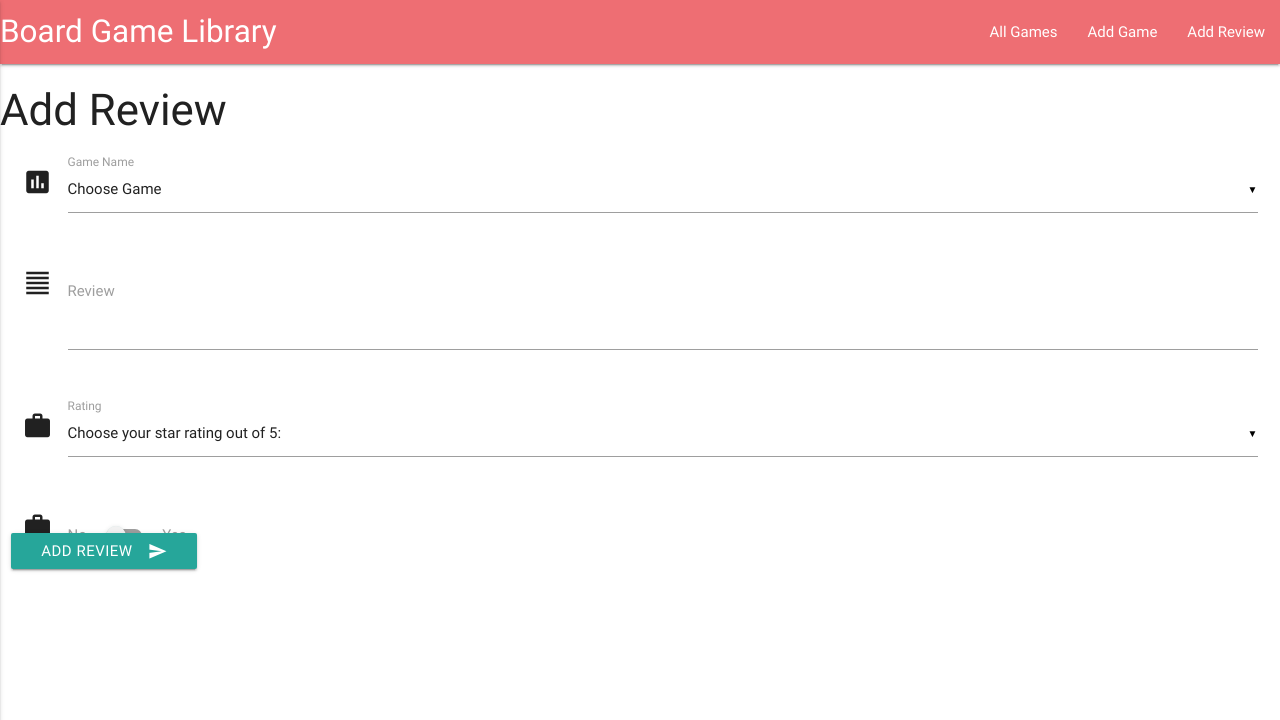
Repository: arcorco/dcd-milestone
Page: http://localhost/add_review
The author's editor kept a record of every edit. The page is drawn from the files as they stood at one moment, then again after the next edit.
The browser window is 1280 px wide. The pictures show the whole page.
Some web libraries are served in a nearby version. The page is served by the project's application, run on Flask 3 (app.py). Queries for data that is not in the repository find no rows.

Above is the page before.

After the next edit:
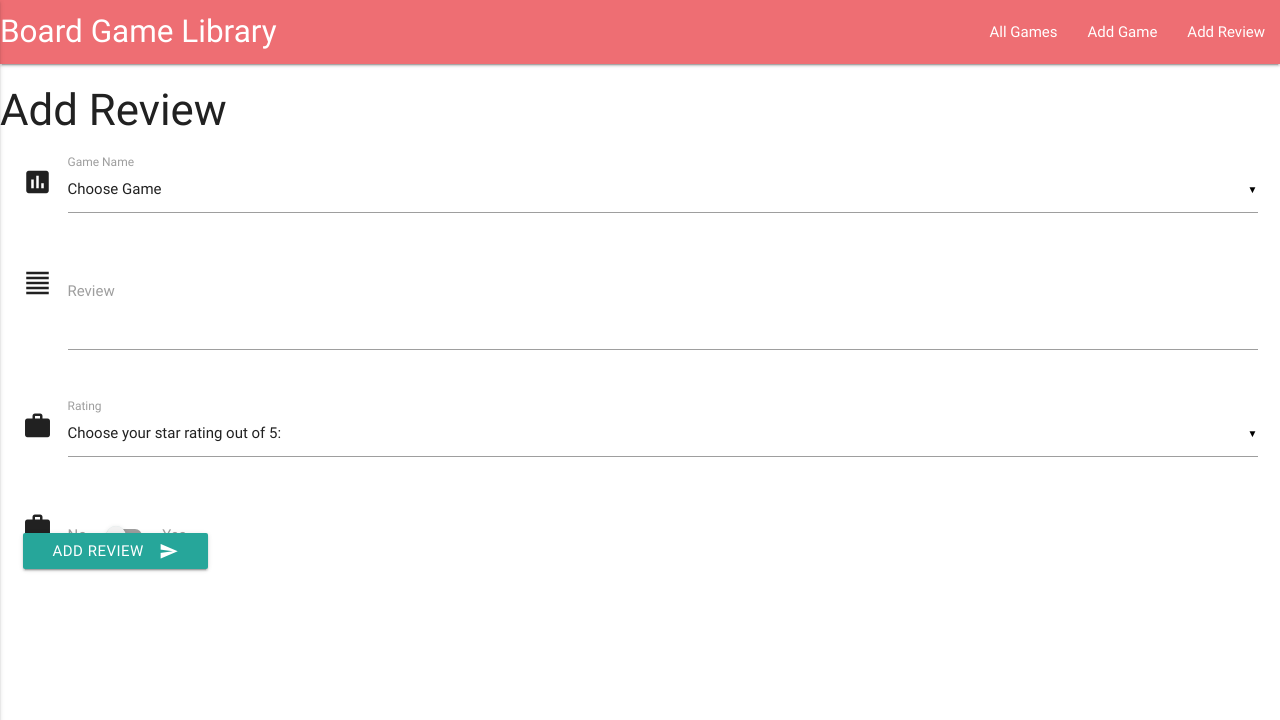
The edit:
--- a/templates/addreview.html
+++ b/templates/addreview.html
@@ -50,6 +50,7 @@
             </div>
         </div>
         <div class="row">
+            <div class="col s12">
             <button class="btn waves-effect waves-light" type="submit">Add Review
     <i class="material-icons right">send</i>
   </button>

After the 2 edits that followed:
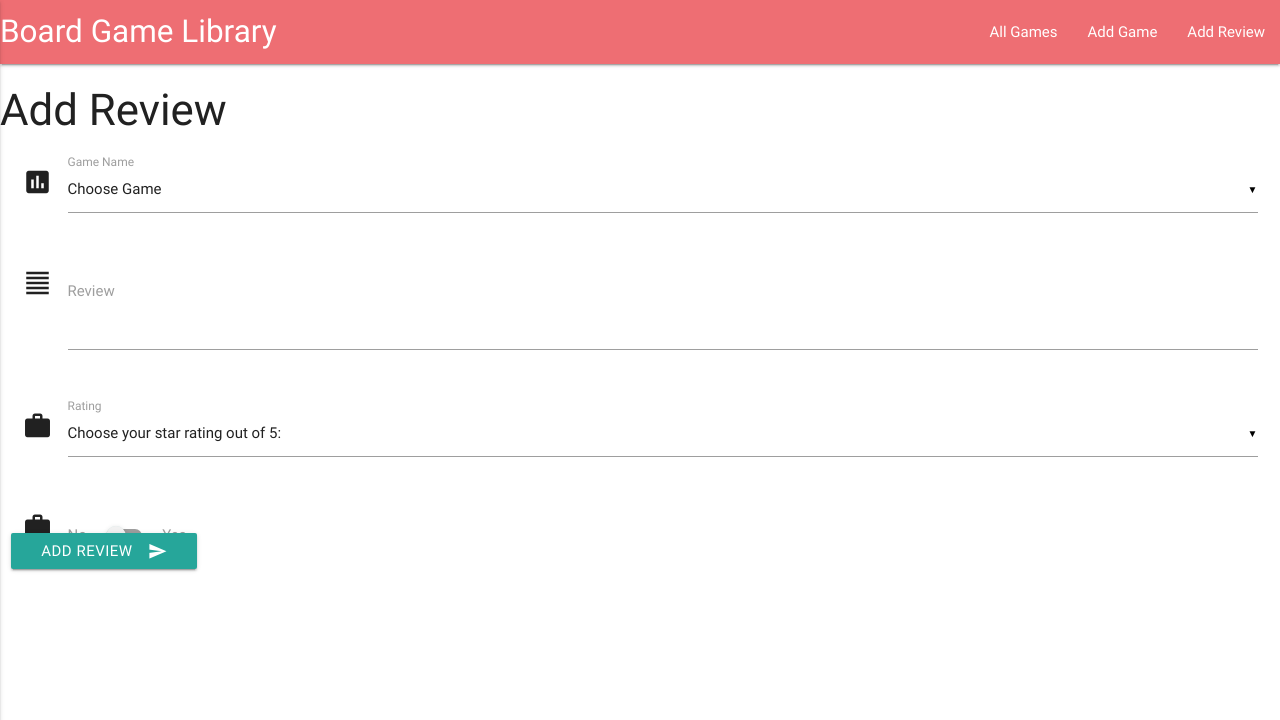
The 2 edits are shown as one change because 1 left the picture as it was.
The edit:
--- a/templates/addreview.html
+++ b/templates/addreview.html
@@ -50,11 +50,11 @@
             </div>
         </div>
         <div class="row">
-            <div class="col s12">
-            <button class="btn waves-effect waves-light" type="submit">Add Review
+                <button class="btn waves-effect waves-light" type="submit">Add Review
     <i class="material-icons right">send</i>
   </button>
-        </div>
+            </div>
+
 
     </form>
 </div>
